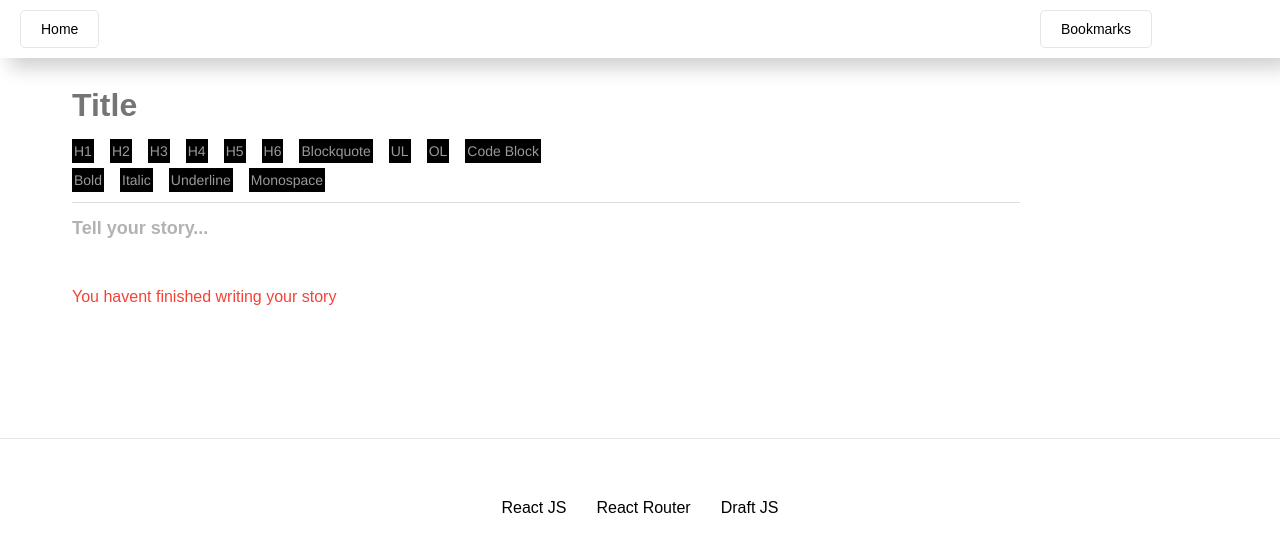
Repository: DevLaukey/task
Page: /react-mini-blog/new
An editor plug-in stored every save of this project. The page is shown before and after the next save, followed by the edit.
The browser window is 1280 px wide. The pictures show the whole page.
The project was rebuilt for these pictures with package versions that can differ from the ones it lists, and the page was loaded fresh each time. Also part of the build but not shown: src/data.js, src/helper.js, src/Components/content/content.css, src/Components/content/Bookmarks.js, src/Components/content/Post.js, src/Components/content/Posts.js, src/Components/content/Content.js, src/Components/content/Bookmark.js and 1 more.

Above is the page before, as saved 2022-06-13 14:48:24.

After the next save:
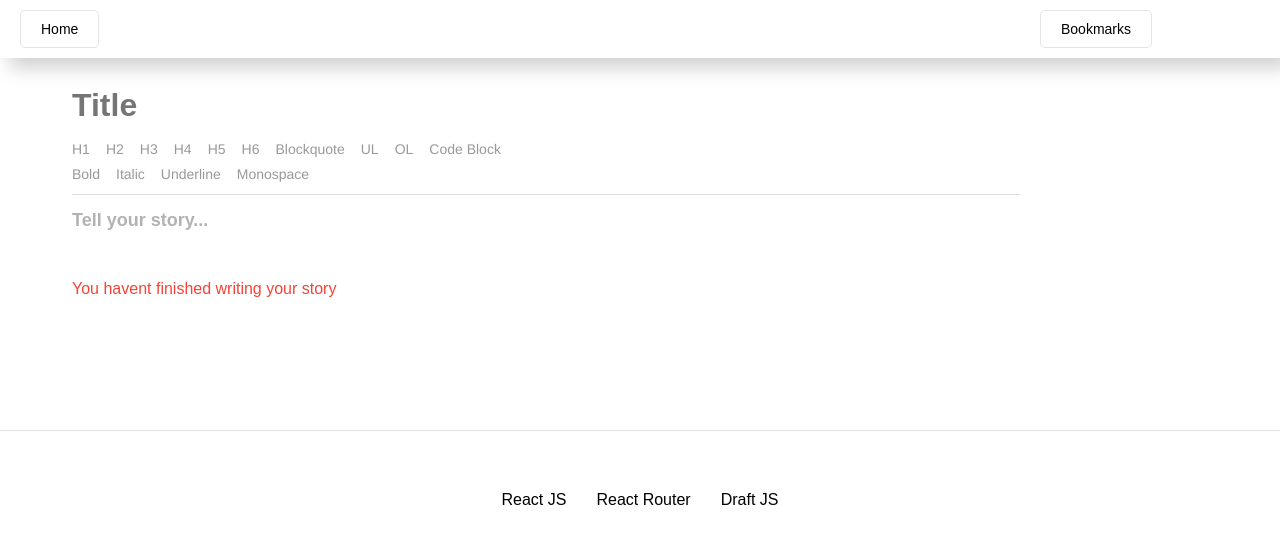
Saved 93 s later.
--- a/src/Components/posts/posts.css
+++ b/src/Components/posts/posts.css
@@ -125,14 +125,69 @@
   margin:10vh;
 }
 
+/*  */
+.RichEditor-root {
+  background: #fff;
+  border: 1px solid #ddd;
+  font-family: 'Georgia', serif;
+  font-size: 14px;
+  padding: 15px;
+}
+
+.RichEditor-editor {
+  border-top: 1px solid #ddd;
+  cursor: text;
+  font-size: 16px;
+  margin-top: 10px;
+}
+
+.RichEditor-editor .public-DraftEditorPlaceholder-root,
+.RichEditor-editor .public-DraftEditor-content {
+  margin: 0 -15px -15px;
+  padding: 15px;
+}
+
+.RichEditor-editor .public-DraftEditor-content {
+  min-height: 100px;
+}
+
+.RichEditor-hidePlaceholder .public-DraftEditorPlaceholder-root {
+  display: none;
+}
+
+.RichEditor-editor .RichEditor-blockquote {
+  border-left: 5px solid #eee;
+  color: #666;
+  font-family: 'Hoefler Text', 'Georgia', serif;
+  font-style: italic;
+  margin: 16px 0;
+  padding: 10px 20px;
+}
+
+.RichEditor-editor .public-DraftStyleDefault-pre {
+  background-color: rgba(0, 0, 0, 0.05);
+  font-family: 'Inconsolata', 'Menlo', 'Consolas', monospace;
+  font-size: 16px;
+  padding: 20px;
+}
+
+.RichEditor-controls {
+  font-family: 'Helvetica', sans-serif;
+  font-size: 14px;
+  margin-bottom: 5px;
+  user-select: none;
+}
+
 .RichEditor-styleButton {
-  background-color: #000;
-  color: #fff;
-  padding: 2px 5px;
-  margin: 0;
-  margin-right: 10px;
-  border: 2px solid transparent;
-}
+  color: #999;
+  cursor: pointer;
+  margin-right: 16px;
+  padding: 2px 0;
+  display: inline-block;
+}
+
+
+/*  */
 
 .RichEditor-activeButton {
   border-color: #000;
